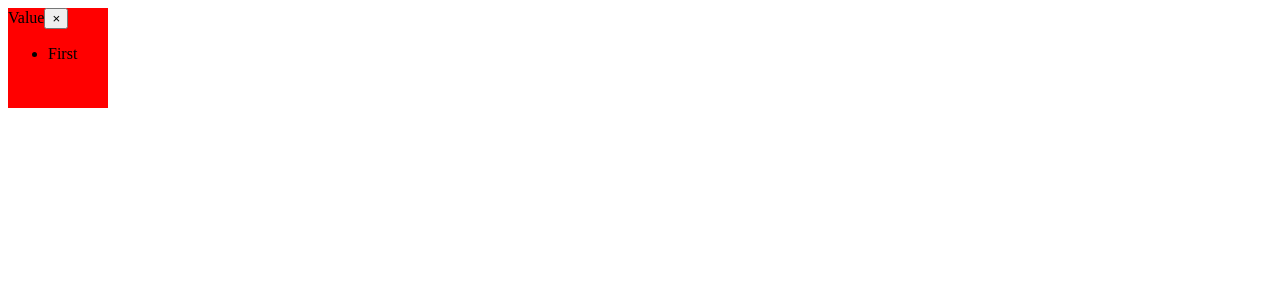
Repository: csabbah/ts-react-custom-select
Page: /
An editor plug-in stored every save of this project. The page is shown before and after the next save, followed by the edit.
The browser window is 1280 px wide. The pictures show the whole page.
The project was rebuilt for these pictures with package versions that can differ from the ones it lists, and the page was loaded fresh each time. Also part of the build but not shown: vite.config.ts.

Above is the page before, as saved 2022-12-24 11:47:19.

### src/App.tsx
import { Select } from "./Select";

const options = [{ label: "First", value: 1 }];
function App() {
  return (
    <div>
      <Select options={options} />
    </div>
  );
}

export default App;

### src/Select.tsx
import styles from "./select.module.css";

type SelectOption = {
  label: string;
  value: any;
};

type SelectProps = {
  options: SelectOption[];
  value?: SelectOption; // value? means this value is optional
  onChange: (value: SelectOption | undefined) => void; // Void -  This function returns nothing
};

export function Select({ value, onChange, options }: SelectProps) {
  return (
    <>
      <div className={styles.container}>
        <span className={styles.value}>Value</span>
        <button className={styles["clear-btn"]}>&times;</button>
        <div className={styles.divider}></div>
        <div className={styles.caret}></div>
        <ul className={styles.options}>
          {options.map((option) => (
            <li key={option.label} className={styles.option}>
              {option.label}
            </li>
          ))}
        </ul>
      </div>
    </>
  );
}

### src/select.module.css
.container {
  background-color: red;
  width: 100px;
  height: 100px;
}

Loaded but not shown: index.html (common file); src/main.tsx (common file)

After the next save:
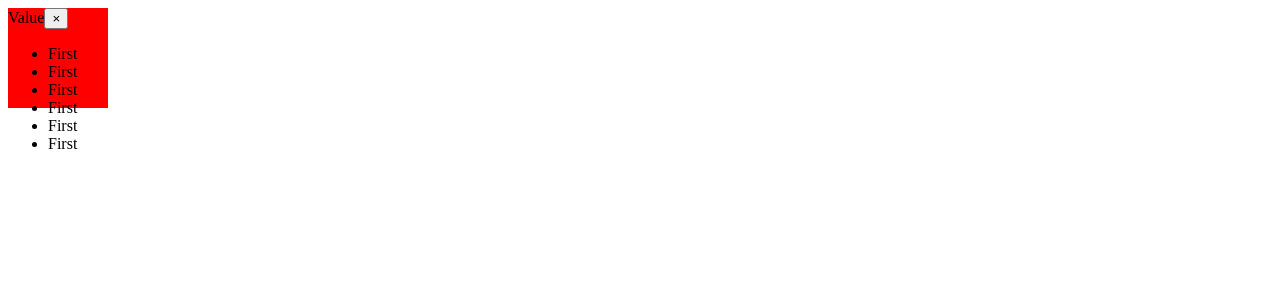
Saved 35 s later.
--- a/src/App.tsx
+++ b/src/App.tsx
@@ -1,6 +1,13 @@
 import { Select } from "./Select";
 
-const options = [{ label: "First", value: 1 }];
+const options = [
+  { label: "First", value: 1 },
+  { label: "First", value: 1 },
+  { label: "First", value: 1 },
+  { label: "First", value: 1 },
+  { label: "First", value: 1 },
+  { label: "First", value: 1 },
+];
 function App() {
   return (
     <div>
